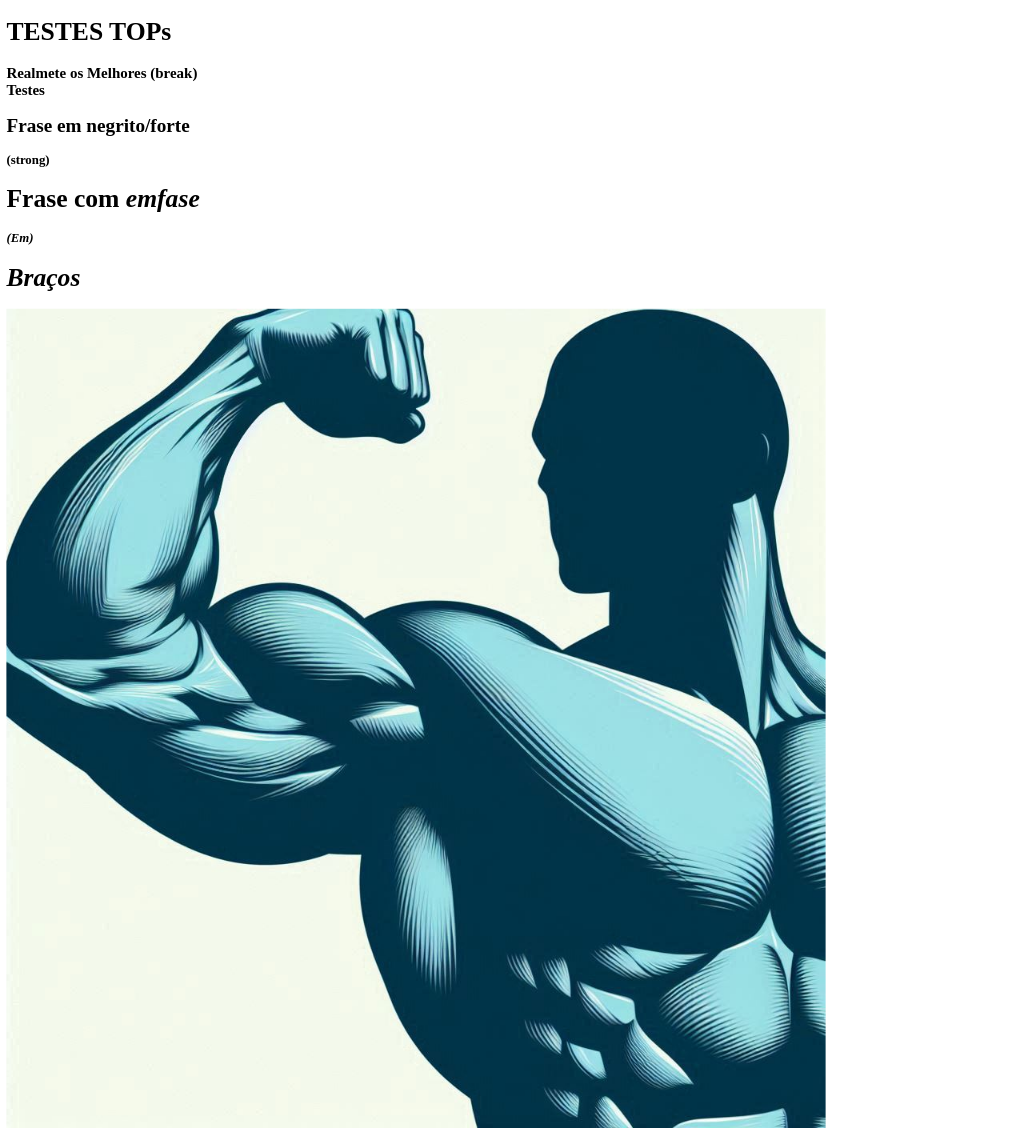
Repository: LuidyOn/Site_Forca_Total
Page: ForçaTotal/teste.html
The author's editor kept a copy of each file at every save. The page is drawn from the files as they stood at one save, then again after the next save.
The browser window is 1280 px wide. The pictures show the whole page, at 80% of full size.

Above is the page before, as saved 2025-05-14 12:35:14.

After the next save:
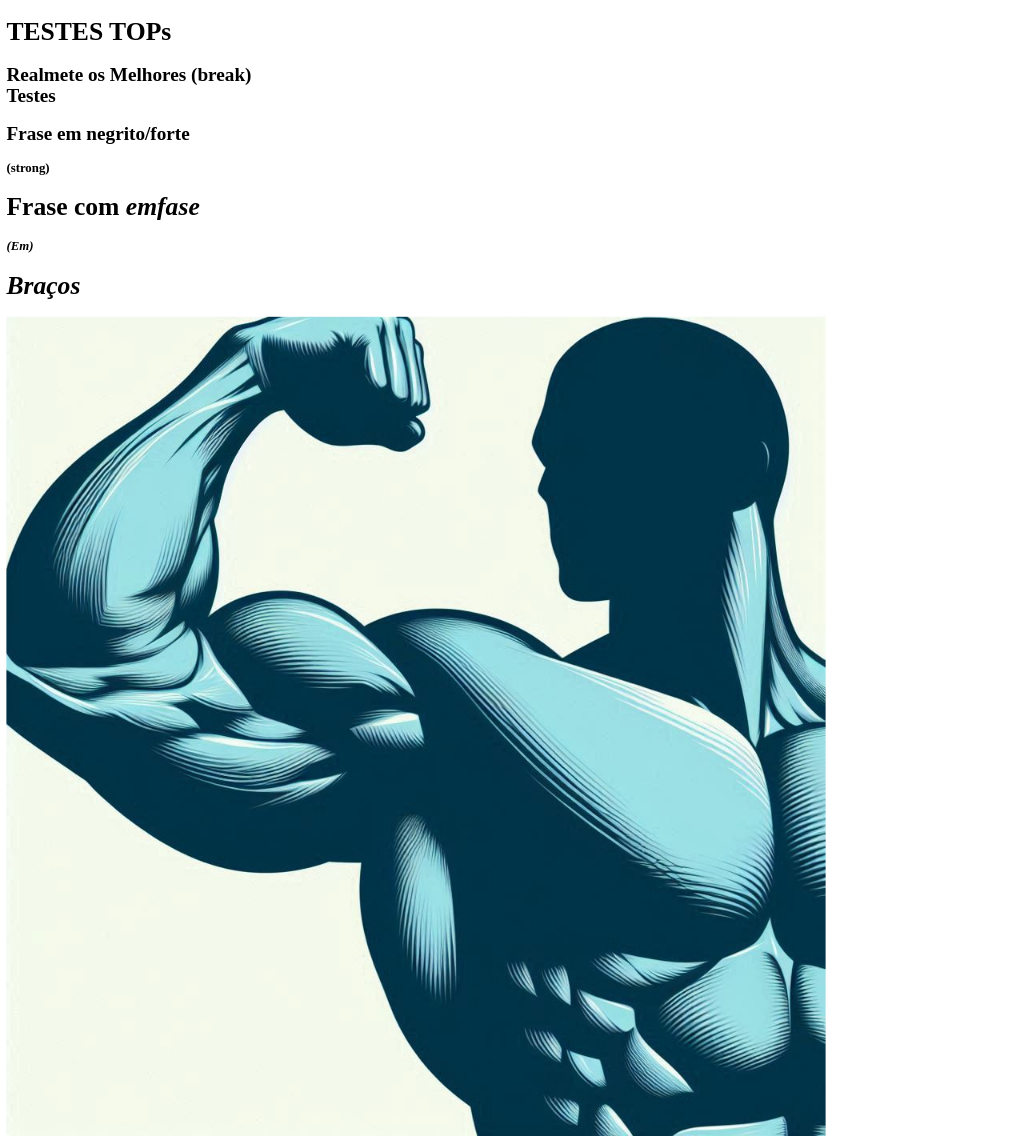
Saved 9 s later.
--- a/ForçaTotal/teste.html
+++ b/ForçaTotal/teste.html
@@ -10,7 +10,7 @@
 
 <h1>TESTES TOPs</h1>
 
-  <h3>Realmete os Melhores (break)<br> Testes</h3>
+  <h2>Realmete os Melhores (break)<br> Testes</h3>
 
 <H2>Frase em <strong>negrito/forte</strong> </H2>
 <p><strong>(strong)</p>
